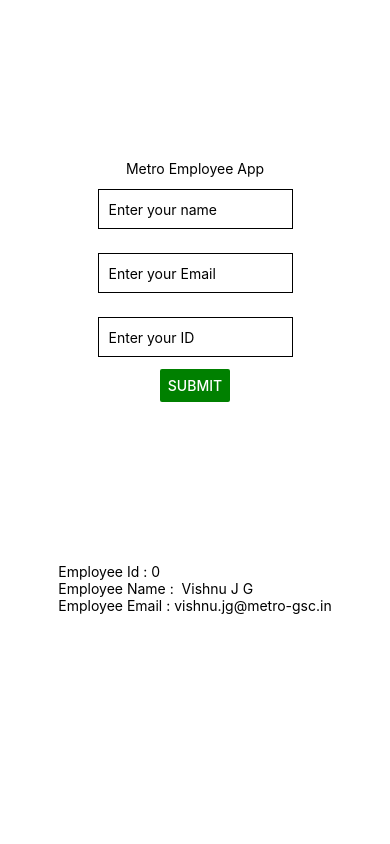
Repository: VishnuJG/Metro-Employee-App
Screen: /
The author's editor kept a copy of each file at every save. The screen is drawn from the files as they stood at one save, then again after the next save.
The app was drawn by React Native's web renderer in a window 390 px wide. The project was rebuilt for these pictures with package versions that can differ from the ones it lists, and the page was loaded fresh each time.

Above is the screen before, as saved 2022-06-28 14:28:01.

### App.js
import { StatusBar } from 'expo-status-bar';
import React, { useState } from "react";
import { StyleSheet, Text, View, TextInput, Button, Alert} from 'react-native';
import { useDimensions } from '@react-native-community/hooks';
import Task from './components/Task';


export default function App() {

  // const {landscape}=useDimensions();
  const [emp, onEmpUpdate] = useState([{ id: 0, name: " Vishnu J G", email:"vishnu.jg@metro-gsc.in" }]);
  const [name, onChangeName] = useState("");
  const [email, onChangeEmail] = useState("");
  const [id, onChangeid] = useState(null);
  const onSubmit=(e)=>{
    e.preventDefault();
    if(!name){
      Alert.alert('Invalid Name', 'Invalid Name field',[{text: 'Okay', onPress:()=>{console.log("Okay Pressed")}},{text: 'No', onPress:()=>{console.log("No Pressed")}}])
    }
    if(!email){
      Alert.alert('Invalid Email', 'Invalid Email field',[{text: 'Okay', onPress:()=>{console.log("Okay Pressed")}},{text: 'No', onPress:()=>{console.log("No Pressed")}}])
    }
    if(!/\S+@\S+\.\S+/.test(email)){
      Alert.alert('Invalid Email', 'Invalid Email field',[{text: 'Okay', onPress:()=>{console.log("Okay Pressed")}},{text: 'No', onPress:()=>{console.log("No Pressed")}}])
    }
    if(!id){
      Alert.alert('Invalid Id', 'Invalid ID field',[{text: 'Okay', onPress:()=>{console.log("Okay Pressed")}},{text: 'No', onPress:()=>{console.log("No Pressed")}}])
    }
    console.log(name);
    console.log(email);
    console.log(id);
    const newEmp={id, name, email};
    onChangeName('');
    onChangeEmail('');
    onChangeid(null);
    onEmpUpdate([...emp, newEmp]);
  }
  return (
    <View style={styles.container} >
        <View style={styles.container}>
        <Text>Metro Employee App</Text>

        <TextInput
          style={styles.input}
          onChangeText={onChangeName}
          placeholder="Enter your name"
          value={name}
        />
        <TextInput
          style={styles.input}
          onChangeText={onChangeEmail}
          value={email}
          placeholder="Enter your Email"
          // keyboardType="numeric"
        />

        <TextInput
          style={styles.input}
          onChangeText={onChangeid}
          value={id}
          placeholder="Enter your ID"
          keyboardType="numeric"
        />
        <Button title="Submit"
          color="green"
          onPress={onSubmit}
          /></View>
        <View style={{flex:0.5, flexDirection: 'row'}}>
        {emp.map((newid)=>(<Task key={newid.id} ename={newid.name} eid={newid.id} eemail={newid.email}/>))}
        </View>
    </View>
  );
}

const styles = StyleSheet.create({
  container: {
    flex: 1,
    flexDirection: 'column',
    backgroundColor: '#fff',
    alignItems: 'center',
    justifyContent: 'center',
    fontSize: 20,
    // paddingTop:20,
    width:'100%',
  },
  input: {
    height: 40,
    margin: 12,
    borderWidth: 1,
    width:'50%',
    padding: 10,
  },

});

### components/Task.js
import { StatusBar } from 'expo-status-bar';
import React, { useState } from "react";
import { StyleSheet, Text, View, TextInput, Button, Alert} from 'react-native';
import { useDimensions } from '@react-native-community/hooks';


export default function Task(props) {
  console.log("Hello");
  return (
    <View style={styles.employee}>
      <Text>Employee Id : {props.eid}</Text>
      <Text>Employee Name : {props.ename}</Text>
      <Text>Employee Email : {props.eemail}</Text>

    </View>


  );
}

const styles = StyleSheet.create({
  employee:{
    width:'100%',
    flex:1,
    flexDirection:'column',
    justifyContent: 'space-',
  }
});

After the next save:
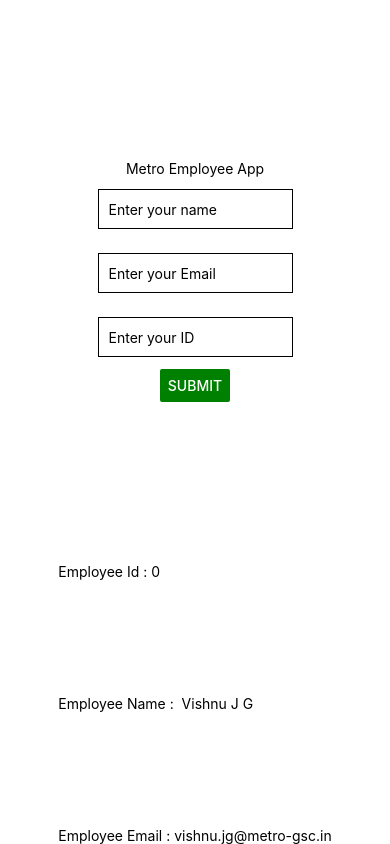
Saved 4 s later.
--- a/components/Task.js
+++ b/components/Task.js
@@ -23,6 +23,6 @@ const styles = StyleSheet.create({
     width:'100%',
     flex:1,
     flexDirection:'column',
-    justifyContent: 'space-',
+    justifyContent: 'space-between',
   }
 });
